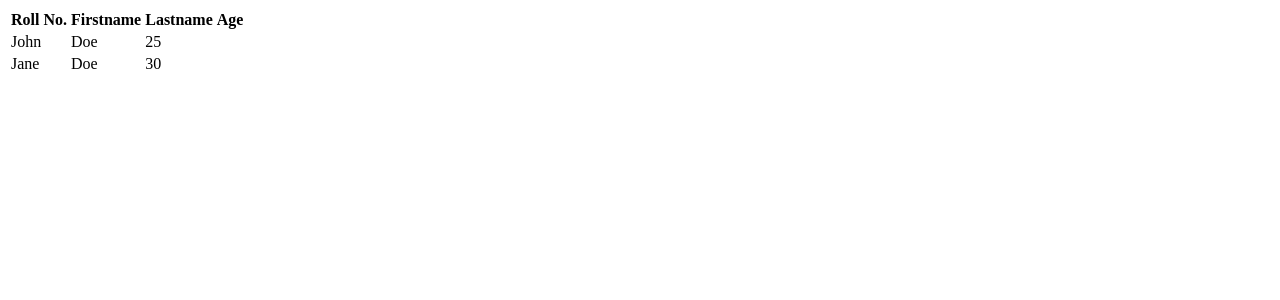
Repository: ankitgujre01/HTMLgeeks
Page: table.html
These files come from the project's save history. The page is drawn as it stood at one moment and after a run of saves; the edit follows.
The browser window is 1280 px wide. The pictures show the whole page.

Above is the page before, as saved 2025-09-03 23:05:30.

After the next 11 saves:
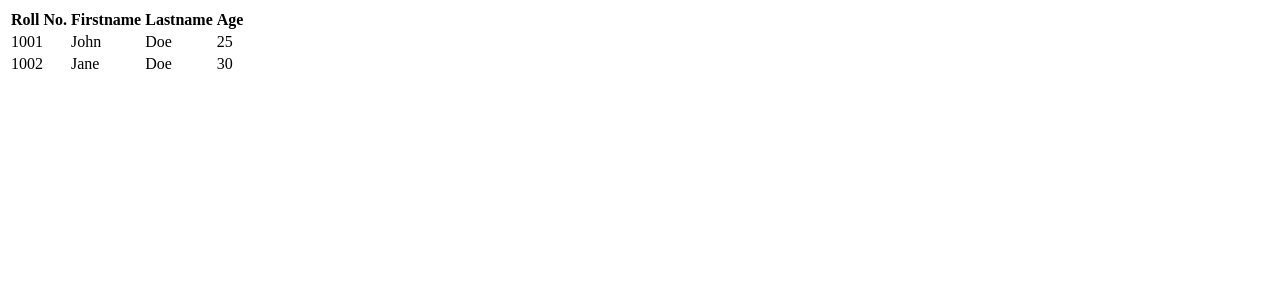
The 11 saves are shown as one change because they came seconds apart.
The last was saved 23 s later.
--- a/table.html
+++ b/table.html
@@ -10,12 +10,13 @@
             <th>Lastname</th>
             <th>Age</th>
             <tr>
-
+                <td>1001</td>
                 <td>John</td>
                 <td>Doe</td>
                 <td>25</td>
             </tr>
             <tr>
+                <td>1002</td>
                 <td>Jane</td>
                 <td>Doe</td>
                 <td>30</td>
